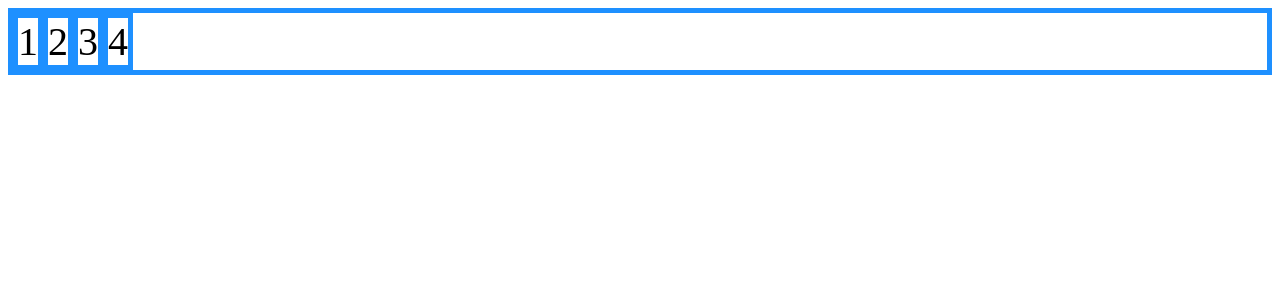
Repository: eversonps/flexbox-grid-css
Page: flexbox/flexbox3.html
These files come from the project's save history. The page is drawn as it stood at one moment and after the next save; the edit follows.
The browser window is 1280 px wide. The pictures show the whole page.

Above is the page before, as saved 2022-03-23 15:54:22.

After the next save:
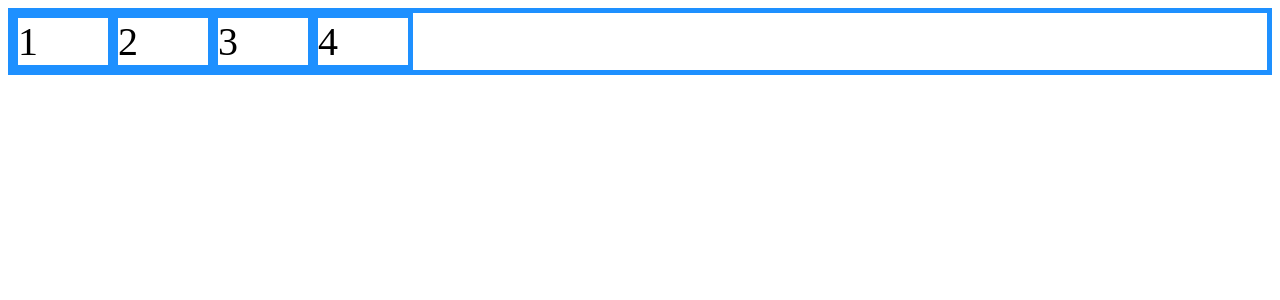
Saved 5 s later.
--- a/flexbox/flexbox3.html
+++ b/flexbox/flexbox3.html
@@ -19,7 +19,7 @@
         }
 
         .flex-container div{
-            flex-basis: ;
+            flex-basis: 100px;
         }
     </style>
 </head>
